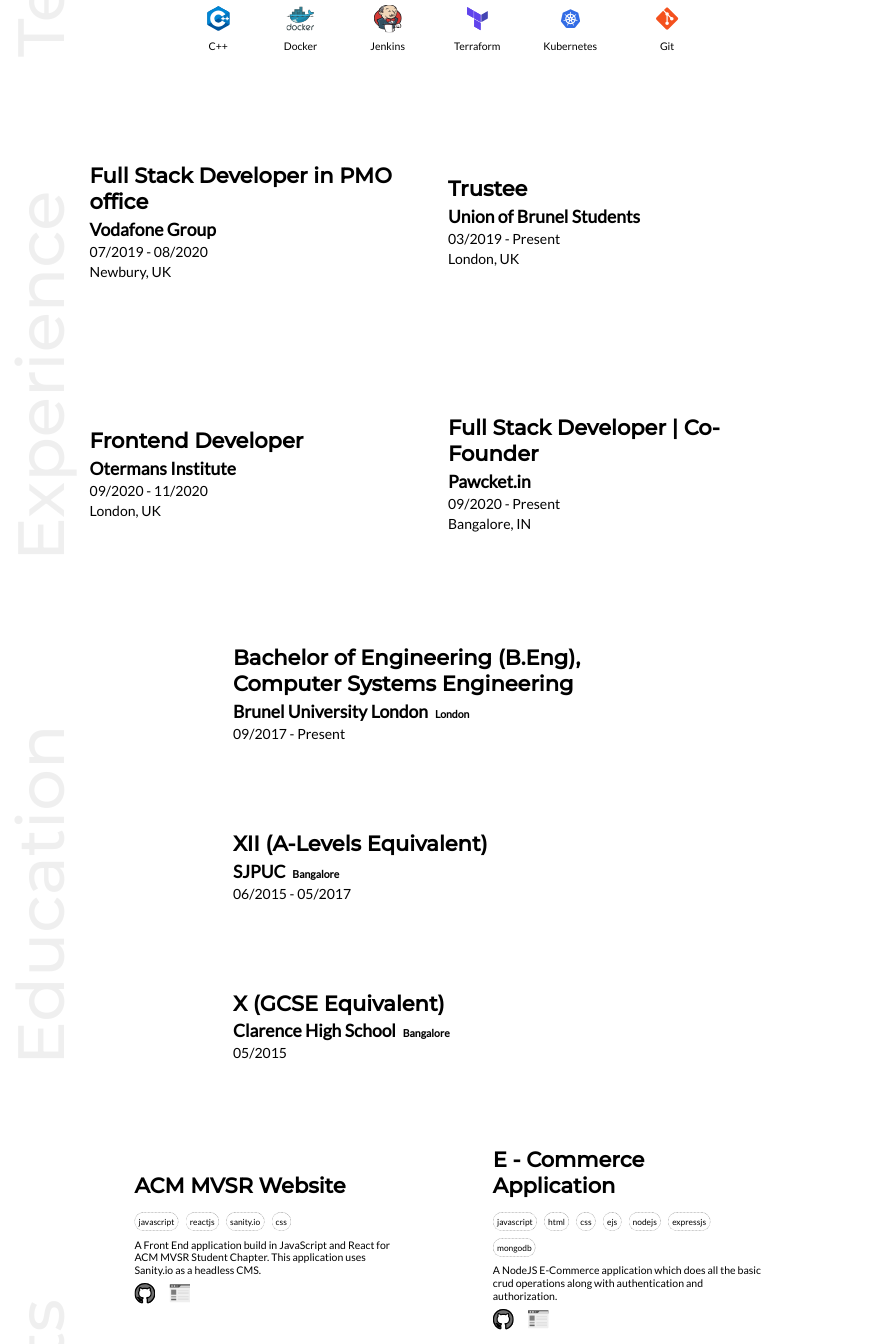
Repository: jasonpraful/Portfolio
Page: /
These files come from the project's save history. The page is drawn as it stood at one moment and after the next save; the edit follows.
The browser window is 1280 px wide. The pictures show the part of the page from y = 1301 to 3221 px (the page is 3600 px tall), at 70% of full size.
The project was rebuilt for these pictures with package versions that can differ from the ones it lists, and the page was loaded fresh each time. The framework's server and built-in components were replaced by stand-ins that run in the browser. Also part of the build but not shown: next.config.js.

Above is the page before, as saved 2021-02-02 11:32:06.

### pages/index.js
import LandingPage from "./components/LandingPage";
import TechnologiesPage from "./components/TechnologiesPage";
import ExperiencePage from "./components/ExperiencePage";
import EducationPage from "./components/EducationPage";
import ProjectsPage from "./components/ProjectsPage";
import SEO from "./components/SEO";

export default function Home() {
    return <main>
        <SEO/>
        <LandingPage/>
        <TechnologiesPage/>
        <ExperiencePage/>
        <EducationPage/>
        <ProjectsPage/>
    </main>
}

### styles/globals.scss
@import "base/typography";
@import "base/utilities";
@import "base/default";
@import "mixins/container";

h1,div {
  font-family: 'Montserrat', sans-serif;
}

h2, h3, h4, h5, h6, p, li, span {
  font-family: 'Lato', sans-serif;
}

html::-webkit-scrollbar {
  display: none;
}

body {
  overflow-x: hidden;
}

a {
  color: inherit;
  text-decoration: none;
}

### pages/components/LandingPage.js
import Image from 'next/image'
import styles from "../../styles/Landing.module.scss"

const height = 40;
const width = 40;

export default function LandingPage() {
    const SocialLinks = () => {
        return <div className={styles.links}>
            <a href="mailto:adityamanikanthrao@gmail.com"
               aria-roledescription='Link'
               title="jason.praful@gmail.com"
               target='blank'>
                <Image
                    src="/Social/gmail.svg"
                    alt="jason.praful@gmail.com"
                    width={width}
                    height={height}
                />
            </a>
            <a href="https://github.com/JasonPraful"
               aria-roledescription='Link'
               title="jasonpraful"
               target='blank'>
                <Image
                    src="/Social/github.svg"
                    alt="JasonPraful"
                    width={width}
                    height={height}
                />
            </a>
            <a href="https://www.linkedin.com/in/jasonpraful/"
               title="Jason Praful Francis"
               target='blank'>
                <Image
                    src="/Social/linkedin.svg"
                    alt="Jason Praful"
                    width={width}
                    height={height}
                />
            </a>
            <a href="https://twitter.com/jasonpraful"
               title="@jasonpraful"
               target='blank'>
                <Image
                    src="/Social/twitter.svg"
                    alt="@jasonpraful"
                    width={width}
                    height={height}
                />
            </a>
            {/* <a href="https://discord.gg"
               title="freak2810#9756"
               target='blank'>
                <Image
                    src="/Social/discord.svg"
                    alt="freak2810#9756"
                    width={width}
                    height={height}
                />
            </a> */}
            <a href="https://www.instagram.com/_.jason._/"
               title="_.jason._"
               target='blank'>
                <Image
                    src="/Social/instagram.svg"
                    alt="_.jason._"
                    width={width}
                    height={height}
                />
            </a>

        </div>
    }

    return <section className={styles.container}>
        <h1>Jason Praful Francis Xavier</h1>
        <h2>Full Stack Developer</h2>
        <SocialLinks/>
    </section>
}

### pages/components/TechnologiesPage.js
import styles from "../../styles/Technologies.module.scss";
import TechnologiesList from "./TechnologiesList";

export default function TechnologiesPage() {
    return <section className={styles.technologies}>
        <div className={styles.heading}>
           Technologies
        </div>
        <TechnologiesList/>
    </section>
}

### pages/components/ExperiencePage.js
import styles from "../../styles/Experience.module.scss";
import ExperienceList from "./ExperienceList";


export default function ExperiencePage() {
    return <section className={styles.experience}>
        <div className={styles.heading}>
            Experience
        </div>
        <ExperienceList/>
    </section>
}

### pages/components/EducationPage.js
import styles from "../../styles/Education.module.scss";
import EducationList from "./EducationList";


export default function EducationPage() {
    return <section className={styles.education}>
        <div className={styles.heading}>
            Education
        </div>
        <EducationList/>
    </section>
}

### pages/components/ProjectsPage.js
import styles from "../../styles/Projects.module.scss";
import ProjectList from "./ProjectList";


export default function ProjectsPage() {
    return <section className={styles.projects}>
        <div className={styles.heading}>
            Projects
        </div>
        <ProjectList/>
    </section>
}

### pages/components/SEO.js
import Head from 'next/head'

export default function SEO() {
    return <Head>

        <title>Jason's Portfolio</title>
        <meta name="title" content="Jason's Portfolio"/>
        <meta name="author" content="Jason Praful"/>
        {/* <meta name="description"
              content="Hi! I am Aditya Manikanth Rao. I am a final year CS Undergraduate and a Full Stack Developer from Warangal, India. Check out my portfolio and other profiles to know more or contact me."/> */}

        <meta charSet="UTF-8"/>
        <meta httpEquiv="content-language" content="en"/>
        <link rel="shortcut icon" href="/favicon.svg" type="image/x-icon"/>

        <meta property="og:type" content="website"/>
        {/* <meta property="og:url" content="https://aditya2810.me/"/> */}
        {/* <meta property="og:title" content="Aditya's Portfolio"/> */}
        {/* <meta property="og:description"
              content="Hi! I am Aditya Manikanth Rao. I am a final year CS Undergraduate and a Full Stack Developer from Warangal, India. Check out my portfolio and other profiles to know more or contact me."/>
        <meta property="og:image" content="/preview.png"/> */}

        {/* <meta property="twitter:card" content="summary_large_image"/>
        <meta property="twitter:url" content="https://aditya2810.me/"/>
        <meta property="twitter:title" content="Aditya's Portfolio"/>
        <meta property="twitter:description"
              content="Hi! I am Aditya Manikanth Rao. I am a final year CS Undergraduate and a Full Stack Developer from Warangal, India. Check out my portfolio and other profiles to know more or contact me."/>
        <meta property="twitter:image" content="/preview.png"/> */}
    </Head>
}

### styles/base/_typography.scss
//font-family: 'Lato', sans-serif;
//font-family: 'Montserrat', sans-serif;
@import url('https://fonts.googleapis.com/css2?family=Lato&family=Montserrat:wght@500&display=swap');

//font-family: 'Sacramento', cursive;
@import url('https://fonts.googleapis.com/css2?family=Sacramento&display=swap');

### styles/base/_utilities.scss
$white: #ffffff;
$black: #000000;

### styles/base/_default.scss
* {
  box-sizing: border-box;
  margin: 0;
  padding: 0;
}

html {
  font-size: 10px;
}

section {
  min-height: 100vh;
  min-width: 100vw;
}

@media only screen and (max-width: 1024px) {
  html {
    font-size: 7px;
  }
}

@media only screen and (max-width: 480px) {
  html {
    font-size: 5px;
  }
}

### styles/mixins/_container.scss
@mixin container {
  box-sizing: border-box;
  padding: 0 10vw;
}

@mixin containerMobile {
  @include container;
  padding: 0;
}

@mixin centerGrid {
  display: grid;
  justify-content: center;
  align-content: center;
}

@mixin contentContainer {
  //background-color: grey;
  min-height: 100vh;
}

@mixin contentContainerMobile {
  @include contentContainer;
  box-sizing: border-box;
  //background-color: darkblue;
}

@mixin headings {
  position: absolute;
  font-size: 13vh;
  bottom: 0;
  left: 0;
  transform-origin: 0 0;
  transform: translate(0,50%) rotate(-90deg);
  color: #00000010;
}

@mixin headingsMobile {
  font-size: 7vh;
  //background-color: red;
}

### styles/Landing.module.scss
@import "mixins/container";

.container {
  @include container;
  @include centerGrid;
  text-align: center;

  h1 {
    font-size: 10rem;
    font-family: 'Sacramento', cursive;
    position: sticky;
  }

  h2 {
    font-size: 5rem;
  }

  .links {
    display: flex;
    justify-content: space-evenly;
    margin-top: 5rem;

    img {
      transition: filter .3s ease-in-out;
    }
  }
}

@media only screen and (max-width: 480px) {

  .container {
    @include containerMobile;
    img {
      height: 30px;
      width: 30px;
    }

  }
}

### styles/Technologies.module.scss
@import "mixins/container";

.technologies {
  position: relative;
  @include container;

  .heading {
    @include headings;
  }

  .technologyList {
    @include contentContainer;
    display: grid;
    padding: 0 10vw;
    grid-template-columns: auto auto auto auto auto auto;
    grid-row-gap: 10rem;
    align-content: center;
    align-items: center;

    div {
      display: flex;
      flex-direction: column;
      align-items: center;

      .image {
        //filter: grayscale(100%);
        transition: filter .3s ease-in-out;

        height: 75px;
        width: 75px;

        &:hover {
          filter: grayscale(0%);
        }
      }

      p {
        text-align: center;
        font-size: 1.5rem;
        margin: 10px;
      }

    }
  }
}

@media only screen and (max-width: 1025px) {
  .technologies {
    .heading {
      @include headingsMobile;
    }
  }
}


@media only screen and (max-width: 480px) {
  .technologies {
    @include containerMobile;

    .technologyList {
      @include contentContainerMobile;
      grid-template-columns: auto auto auto;
      //background-color: palevioletred;
      grid-row-gap: 5vh;
      grid-column-gap: 10vw;
      justify-content: center;
      padding:0 20px;

      div {
        .image {
          height: 30px;
          width: 30px;
        }
      }
    }
  }
}

### pages/components/TechnologiesList.js
import Image from 'next/image'
import styles from "../../styles/Technologies.module.scss";

const height =  40;
const width = 40;

const technologies = [
    {
        src: '/Technologies/react.svg',
        alt: 'ReactJS'
    },
    {
        src: '/Technologies/vue.svg',
        alt: 'VueJS'
    },
    {
        src: '/Technologies/angular.svg',
        alt: 'AngularJS'
    },
    {
        src: '/Technologies/javascript.svg',
        alt: 'JS'
    },
    {
        src: '/Technologies/typescript.svg',
        alt: 'TypeScript'
    },
    {
        src: '/Technologies/redux.svg',
        alt: 'Redux'
    },
    {
        src: '/Technologies/node.svg',
        alt: 'Node.JS'
    },
    {
        src:'/Technologies/express.svg',
        alt:'ExpressJS'
    },
    {
        src:'/Technologies/mongodb.svg',
        alt:'MongoDB'
    },
    {
        src:'/Technologies/mysql.svg',
        alt:'MySQL'
    },
    {
        src: '/Technologies/firebase.svg',
        alt: 'Firebase'
    },
    {
        src: '/Technologies/rn.svg',
        alt: 'React Native'
    },
    {
        src: '/Technologies/swift.svg',
        alt: 'Swift'
    },
    {
        src: '/Technologies/java.svg',
        alt: 'Java'
    },
    {
        src: '/Technologies/python.svg',
        alt: 'Python'
    },
    {
        src: '/Technologies/tensorflow.svg',
        alt: 'Tensorflow'
    },
    {
        src: '/Technologies/keras.svg',
        alt: 'Keras'
    },
    {
        src: '/Technologies/opencv.svg',
        alt: 'OpenCV'
    },
    {
        src: '/Technologies/c.svg',
        alt: 'C++'
    },
    {
        src: '/Technologies/docker.svg',
        alt: 'Docker'
    },
    {
        src: '/Technologies/jenkins.svg',
        alt: 'Jenkins'
    },
    {
        src: '/Technologies/terraform.svg',
        alt: 'Terraform'
    },
    {
        src: '/Technologies/kubernetes.svg',
        alt: 'Kubernetes'
    },
    {
        src:'/Technologies/git.svg',
        alt:'Git'
    },
]

export default function TechnologiesList() {
    return <div className={styles.technologyList}>
        {
            technologies.map((tech,index) => <div key={index}>
                    <Image
                        src={tech.src}
                        alt={tech.alt}
                        height={height}
                        width={width}
                        className={styles.image}
                    />
                    <p>{tech.alt}</p>
                </div>
            )
        }
    </div>
}

### styles/Experience.module.scss
@import "mixins/container";

.experience {
  position: relative;
  @include container;

  .heading {
    @include headings;
  }

  .experienceList {
    //background-color: palevioletred;
    height: 100vh;
    //margin-left: 15vw;
    //padding: 10vh 0;
    display: grid;
    grid-template-columns: auto auto;
    justify-content: space-around;
    align-items: center;

    .place {


      h1 {
        font-size: 3rem;
        margin: 5px 0;
      }

      h3 {
        font-size: 2.5rem;
        margin: 5px 0;
      }

      p {
        font-size: 2rem;
        margin: 5px 0;
      }


      ul {
        margin-top: 10px;

        li {
          margin: 5px 0;
          font-size: 1.5rem;
        }
      }
    }
  }
}


@media only screen and (max-width: 1025px) {
  .experience {
    .heading {
      @include headingsMobile;
    }

    .experienceList {
      grid-template-columns: auto;
      //background-color: palevioletred;
    }
  }
}


@media only screen and (max-width: 480px) {
  .experience {
    @include containerMobile;
  }

  .experienceList {
    margin-left: 10vw;
  }
}

### pages/components/ExperienceList.js
import styles from "../../styles/Experience.module.scss";

const experience = [
    {
        role: 'Full Stack Developer in PMO office',
        company: 'Vodafone Group',
        duration: '07/2019 - 08/2020',
        location:'Newbury, UK',
        tasks: [
        ]
    },
    {
        role: 'Trustee',
        company: 'Union of Brunel Students',
        duration: '03/2019 - Present',
        location: 'London, UK',
        tasks: [
        ]
    },
    {
        role: 'Frontend Developer',
        company: 'Otermans Institute',
        duration: '09/2020 - 11/2020',
        location: 'London, UK',
        tasks: [
        ]
    },
    {
        role: 'Full Stack Developer | Co-Founder',
        company: 'Pawcket.in',
        duration: '09/2020 - Present',
        location: 'Bangalore, IN',
        tasks: [
        ]
    },
]

export default function ExperienceList() {
    return <div className={styles.experienceList}>
        {
            experience.map(work => <div className={styles.place}>
                <h1>{work.role}</h1>
                <h3>{work.company}</h3>
                <p>{work.duration}</p>
                {/* <p>{work.type}</p> */}
                <p>{work.location}</p>
                <ul>
                    {
                        work.tasks.map(task => <li>{task}</li>)
                    }
                </ul>
            </div>)
        }

    </div>
}

### styles/Education.module.scss
@import "mixins/container";

.education {
  position: relative;
  @include container;

  .heading {
    @include headings;
  }


  .educationList {
    height: 100vh;
    display: flex;
    flex-direction: column;
    align-items: center;
    justify-content: space-around;
    //background-color: palevioletred;

    .place {
      width:60%;

      h1 {
        font-size: 3rem;
        margin: 5px 0;
      }

      h3 {
        font-size: 2.5rem;
        margin: 5px 0;
      }

      span {
        font-size: 1.5rem;
        margin-left: 5px;
      }

      p {
        font-size: 2rem;
        margin: 5px 0;
      }

      .marks {
        font-size: 1.5rem;
      }
    }

  }
}

@media only screen and (max-width: 1025px) {
  .education {
    .heading {
      @include headingsMobile;
    }
  }
}


@media only screen and (max-width: 480px) {
  .education {
    @include containerMobile;
  }

  .educationList {
    margin-left: 10vw;
  }
}

### pages/components/EducationList.js
import styles from "../../styles/Education.module.scss";

const education = [
    {
        class: 'Bachelor of Engineering (B.Eng), Computer Systems Engineering',
        college: 'Brunel University London',
        city: 'London',
        duration: '09/2017 - Present',
        marks: 'First Class (Expected)'
    },
    {
        class: 'XII (A-Levels Equivalent)',
        college: 'SJPUC',
        city: 'Bangalore',
        duration: '06/2015 - 05/2017',
        marks: '96.5%'
    },
    {
        class: 'X (GCSE Equivalent)',
        college: 'Clarence High School',
        city: 'Bangalore',
        duration: '05/2015',
        marks: '9.7 CGPA'
    }
]

export default function EducationList() {
    return <div className={styles.educationList}>
        {
            education.map(study => <div className={styles.place}>
                <h1>{study.class}</h1>
                <h3>{study.college} <span>{study.city}</span></h3>
                <p>{study.duration}</p>
                {/* <p className={styles.marks}>{study.marks}</p> */}
            </div>)
        }

    </div>
}

### styles/Projects.module.scss
@import "mixins/container";

.projects {
  position: relative;
  @include container;

  .heading {
    @include headings;
  }

  .projectList {
    min-height: 100vh;
    display: grid;
    grid-template-columns: auto auto;
    align-items: center;
    justify-content: space-around;

    .project {
      width: 30vw;
      //background-color: deeppink;

      h1 {
        font-size: 3rem;
        margin: 5px 0;
      }

      .tags {
        margin: 10px 0;
        display: flex;
        flex-wrap: wrap;

        span {
          border: 1px dotted grey;
          font-size: 1.2rem;
          padding: 5px;
          margin: 10px 10px 0 0;
          border-radius: 15px;
        }
      }

      p {
        font-size: 2rem;
        margin: 5px 0;
      }

      .links {

        display: flex;
        justify-content: space-between;
        width: 80px;
        //background-color: blue;

        .eachIcon {
          -webkit-filter: grayscale(100%);
          filter: grayscale(100%);
          transition: .6s all;

          &:hover {
            -webkit-filter: grayscale(0);
            filter: grayscale(0);
          }
        }

      }

      p {
        font-size: 1.5rem;
        margin: 10px 0 10px 0;
      }

    }
  }
}

@media only screen and (max-width: 1025px) {
  .projects {
    .heading {
      @include headingsMobile;
    }

    .projectList {
      grid-template-columns: auto;
      justify-content: center;
      align-items: center;
      //background-color: deeppink;
    }
  }
}


@media only screen and (max-width: 480px) {
  .projects {
    @include containerMobile;

    .projectList {
      .project {
        width: 60vw;
        //background-color: deeppink;

        //.links {
        //  .eachIcon {
        //    height: 10px !important;
        //    width: 10px;
        //  }
        //}

        .tags {
          margin: 10px 0;
          display: flex;
          flex-wrap: wrap;
          span {
            border: 1px dotted grey;
            font-size: 1.2rem;
            padding: 3px;
            margin: 3px 3px 0 0;
            border-radius: 15px;
          }
        }
      }

    }
  }
}

### pages/components/ProjectList.js
import styles from "../../styles/Projects.module.scss";
import Image from "next/image";

const projects = [
    {
        name: 'ACM MVSR Website',
        link: 'https://github.com/AdityaManikanth2810/ACM-Main-Page',
        site: 'https://mvsr.acm.org/',
        tags: [
            'javascript',
            'reactjs',
            'sanity.io',
            'css'
        ],
        description: 'A Front End application build in JavaScript and React for ACM MVSR Student Chapter. This application uses Sanity.io as a headless CMS.'
    },
    {
        name: 'E - Commerce Application',
        link: 'https://github.com/AdityaManikanth2810/NodeJS',
        site:'https://node-js-git.herokuapp.com/',
        tags: [
            'javascript',
            'html',
            'css',
            'ejs',
            'nodejs',
            'expressjs',
            'mongodb'
        ],
        description:'A NodeJS E-Commerce application which does all the basic crud operations along with authentication and authorization.'
    },
    {
        name:'Story Books Application',
        link:'https://github.com/AdityaManikanth2810/Story-Books',
        tags:[
            'javascript',
            'html',
            'css',
            'handlebars',
            'nodejs',
            'expressjs',
            'mongodb',
            'passportjs'
        ],
        description: `A NodeJS Application which allows user to write stories, view other's stories, edit or delete a story. The application also uses passport to enable google authentication.`
    }


]

export default function EducationList() {
    return <div className={styles.projectList}>
        {
            projects.map((project, index) => <div key={index} className={styles.project}>
                <h1>{project.name}</h1>
                <div className={styles.tags}>
                    {
                        project.tags.map(tag => <span>{tag}</span>)
                    }
                </div>
                <p>{project.description}</p>
                <div className={styles.links}>
                    {
                        !project.link ? null :
                        <a href={project.link}
                           aria-roledescription='Link'
                           title="GitHub Repo"
                           target='blank'
                        >
                            <Image
                                className={styles.eachIcon}
                                src="/Links/github.svg"
                                alt="GitHub Link"
                                width={30}
                                height={30}
                            />
                        </a>
                    }
                    {
                        !project.site ? null :
                        <a href={project.site}
                           aria-roledescription='Link'
                           title="Host Link"
                           target='blank'
                        >
                            <Image
                                className={styles.eachIcon}
                                src="/Links/web.svg"
                                alt="Website Link"
                                width={30}
                                height={30}
                            />
                        </a>
                    }
                </div>

            </div>)
        }
    </div>
}

Loaded but not shown: pages/_app.js (common file)

After the next save:
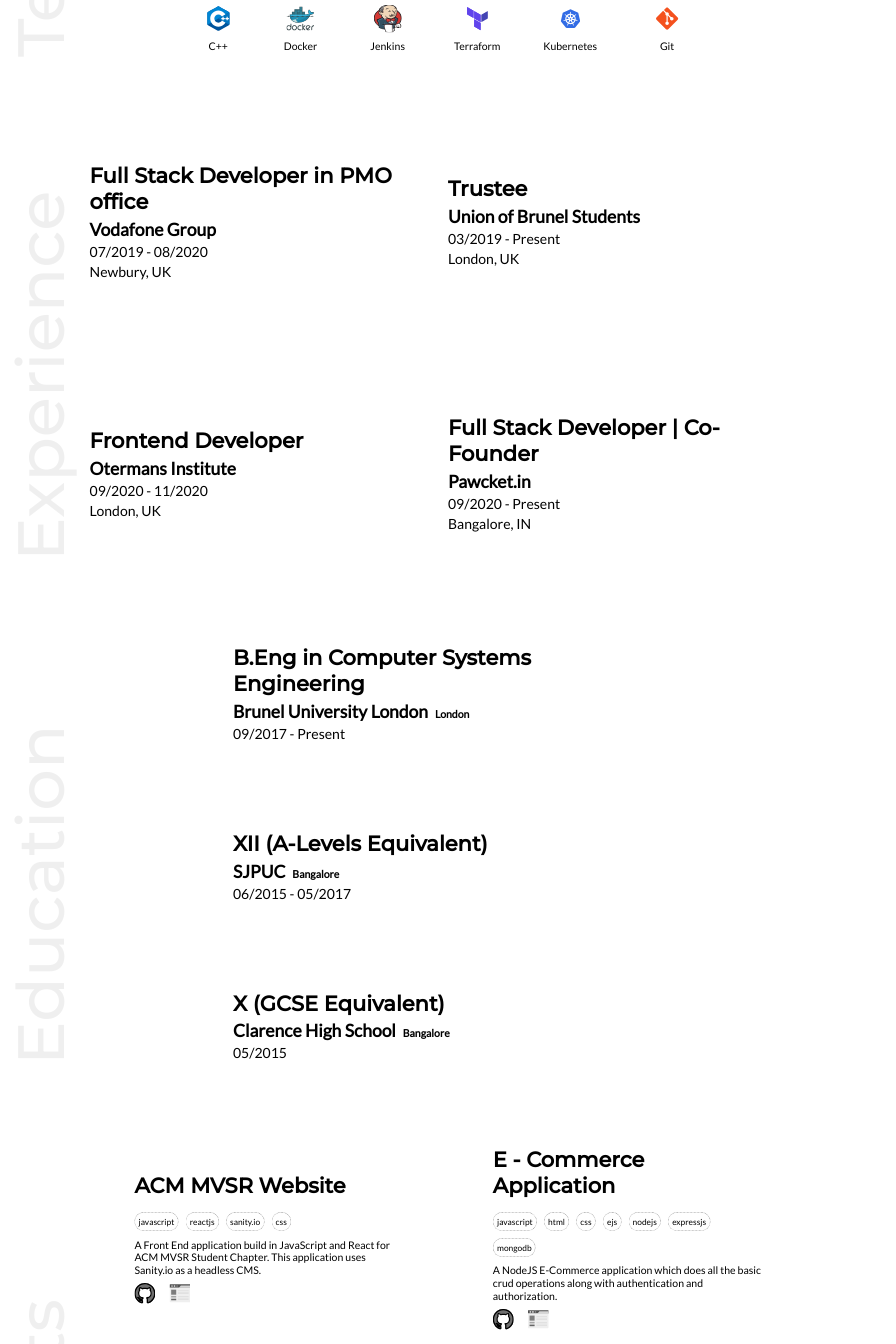
Saved 18 s later.
--- a/pages/components/EducationList.js
+++ b/pages/components/EducationList.js
@@ -2,7 +2,7 @@
 
 const education = [
     {
-        class: 'Bachelor of Engineering (B.Eng), Computer Systems Engineering',
+        class: 'B.Eng in Computer Systems Engineering',
         college: 'Brunel University London',
         city: 'London',
         duration: '09/2017 - Present',
